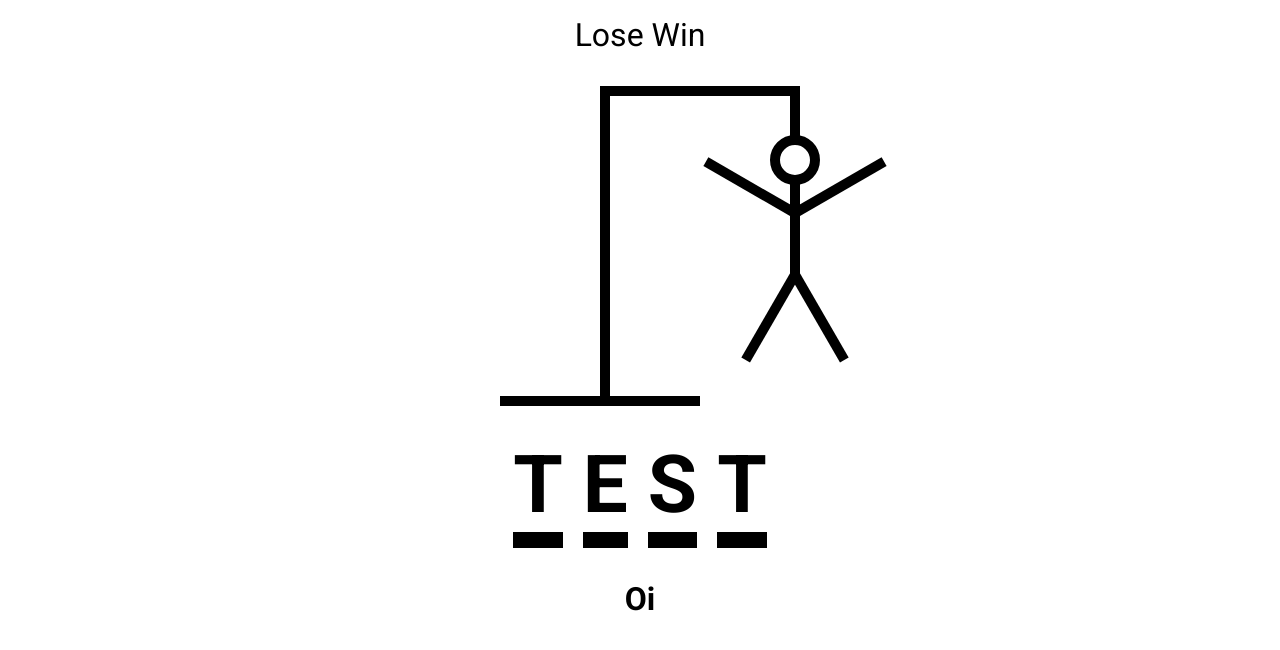
Repository: guilhermecardoso93/jogodaforca
Page: /
The author's editor kept a copy of each file at every save. The page is drawn from the files as they stood at one save, then again after the next save.
The browser window is 1280 px wide. The pictures show the whole page.
The project was rebuilt for these pictures with package versions that can differ from the ones it lists, and the page was loaded fresh each time. Also part of the build but not shown: vite.config.ts.

Above is the page before, as saved 2022-12-06 21:18:39.

### index.html
<!DOCTYPE html>
<html lang="en">
  <head>
    <meta charset="UTF-8" />
    <link rel="icon" type="image/svg+xml" href="/vite.svg" />
    <meta name="viewport" content="width=device-width, initial-scale=1.0" />
    <link rel="preconnect" href="https://fonts.googleapis.com"><link
      rel="preconnect" href="https://fonts.gstatic.com" crossorigin><link
      href="https://fonts.googleapis.com/css2?family=Roboto:ital,wght@0,400;0,500;0,700;1,400&display=swap"
      rel="stylesheet">
    <title>Vite + React + TS</title>
  </head>
  <body>
    <div id="root"></div>
    <script type="module" src="/src/main.tsx"></script>
  </body>
</html>

### src/App.tsx
import { useState } from "react";
import words from "./wordList.json";

import { HangmanDrawing } from "./components/HangmanDrawing";
import { HangmanWord } from "./components/HangmanWord";
import { Keyboard } from "./components/Keyboard";

import "./App.css";

export function App() {
  const randomWords = () => {
    return words[Math.floor(Math.random() * words.length)];
  };

  const [wordToGuess, setWordToGuess] = useState(randomWords);
  const [guessedLetters, setGuessedLetters] = useState<string[]>([]);

  console.log(wordToGuess);
  return (
    <div className="container">
      <div className="loseOrWin">Lose Win</div>
      <HangmanDrawing />
      <HangmanWord />
      <Keyboard />
    </div>
  );
}

### src/wordList.json
[
  "capaz",
  "sobre",
  "absoluto",
  "aceitar",
  "conta",
  "alcançar",
  "através",
  "ativo",
  "real",
  "Admitem",
  "anunciar",
  "afetar",
  "proporcionar",
  "depois",
  "tarde",
  "novamente",
  "contra",
  "agente",
  "aceita",
  "permitir",
  "quase",
  "já",
  "tudo bem",
  "também",
  "Apesar",
  "sempre",
  "América",
  "quantia",
  "outro",
  "responda",
  "separado",
  "aparente",
  "aparecer",
  "Aplique",
  "nomear",
  "abordagem",
  "apropriado",
  "área",
  "argumentar",
  "arranjo",
  "associado",
  "presumir",
  "participar",
  "autoridade",
  "acessível",
  "consciente",
  "horrível",
  "bebê",
  "Saldo",
  "bola",
  "banco",
  "base",
  "base",
  "urso",
  "bater",
  "beleza",
  "Porque",
  "antes da",
  "começar",
  "acreditam",
  "beneficiar",
  "melhor",
  "entre",
  "conta",
  "nascimento",
  "Preto",
  "cara",
  "sangue",
  "golpe",
  "limite",
  "linha",
  "Lista",
  "ouço",
  "pequena",
  "viver",
  "carregar",
  "local",
  "trancar",
  "Londres",
  "grandes",
  "olhar",
  "senhor",
  "perder",
  "amor",
  "sorte",
  "almoço",
  "máquina",
  "faço",
  "gerir",
  "muitos",
  "marca",
  "mercado",
  "casar",
  "Combine",
  "matéria",
  "significa",
  "significado",
  "a medida",
  "encontrar",
  "membro",
  "menção",
  "meio",
  "poderia",
  "milha",
  "ouvir",
  "coração",
  "aquecer",
  "pesado",
  "inferno",
  "ajuda",
  "aqui",
  "Alto",
  "história",
  "aguarde",
  "feriado",
  "casa",
  "honesto",
  "esperança",
  "cavalo",
  "hospital",
  "hora",
  "lar",
  "Contudo",
  "olá",
  "centenas",
  "esposo",
  "idéia",
  "identificar",
  "Imagine",
  "importante",
  "melhorar",
  "incluir",
  "renda",
  "aumentar",
  "na verdade",
  "Individual",
  "indústria",
  "informar",
  "garantir",
  "interesse",
  "em",
  "introduzir",
  "investir",
  "envolver",
  "questão",
  "item",
  "Jesus",
  "Junte",
  "juiz",
  "pular",
  "apenas",
  "guarda",
  "matar",
  "Gentil",
  "rei",
  "cozinha",
  "bater",
  "conhecer",
  "trabalho",
  "senhora",
  "terra",
  "Língua",
  "ampla",
  "último",
  "tarde",
  "riso",
  "conduzir",
  "aprender",
  "sair",
  "deixei",
  "menos",
  "carta",
  "nível",
  "vida",
  "leve",
  "Curti",
  "provável",
  "cinco",
  "apartamento",
  "piso",
  "Segue",
  "Comida",
  "pé",
  "força",
  "esquecer",
  "Formato",
  "fortuna",
  "frente",
  "quatro",
  "França",
  "gratuitamente",
  "amigo",
  "a partir de",
  "frente",
  "cheio",
  "função",
  "fundo",
  "futuro",
  "jogos",
  "jardim",
  "em geral",
  "Alemanha",
  "menina",
  "dar",
  "vidro",
  "Boa",
  "adeus",
  "governo",
  "grande",
  "conceder",
  "excelente",
  "verde",
  "chão",
  "grupo",
  "crescer",
  "acho",
  "cabelo",
  "metade",
  "corredor",
  "mão",
  "pendurar",
  "acontecer",
  "feliz",
  "duro",
  "odiar",
  "tenho",
  "cabeça",
  "saúde"
]

### src/components/HangmanDrawing.tsx
const HEAD = (
  <div
    style={{
      width: "50px",
      height: "50px",
      borderRadius: "100%",
      border: "10px solid black",
      position: "absolute",
      top: "49px",
      right: "-20px",
    }}
  />
);

const BODY = (
  <div
    style={{
      width: "10px",
      height: "100px",
      background: "black",
      position: "absolute",
      top: "90px",
      right: 0,
    }}
  />
);

const RIGHT_ARM = (
  <div
    style={{
      width: "100px",
      height: "10px",
      background: "black",
      position: "absolute",
      top: "120px",
      right: "-100px",
      rotate: "-30deg",
      transformOrigin: "left bottom",
    }}
  />
);

const LEFT_ARM = (
  <div
    style={{
      width: "100px",
      height: "10px",
      background: "black",
      position: "absolute",
      top: "120px",
      right: "10px",
      rotate: "30deg",
      transformOrigin: "right bottom",
    }}
  />
);

const RIGHT_LEG = (
  <div
    style={{
      width: "100px",
      height: "10px",
      background: "black",
      position: "absolute",
      top: "180px",
      right: "-90px",
      rotate: "60deg",
      transformOrigin: "left bottom",
    }}
  />
);

const LEFT_LEG = (
  <div
    style={{
      width: "100px",
      height: "10px",
      background: "black",
      position: "absolute",
      top: "180px",
      right: 0,
      rotate: "-60deg",
      transformOrigin: "right bottom",
    }}
  />
);

const BODY_PARTS = [HEAD, BODY, RIGHT_ARM, LEFT_ARM, RIGHT_LEG, LEFT_LEG];

type HangmanDrawingProps = {
  numberOfGuesses: number
}

export function HangmanDrawing() {
  return (
    <div style={{ position: "relative" }}>
      {BODY_PARTS}
      <div
        style={{
          height: "50px",
          width: "10px",
          background: "black",
          position: "absolute",
          top: 0,
          right: 0,
        }}
      />
      <div
        style={{
          height: "10px",
          width: "200px",
          background: "black",
          marginLeft: "120px",
        }}
      />
      <div
        style={{
          height: "300px",
          width: "10px",
          background: "black",
          marginLeft: "120px",
        }}
      />
      <div style={{ height: "10px", width: "200px", marginLeft: '20px', background: "black" }} />
    </div>
  );
}

### src/components/HangmanWord.tsx
import "../App.css";

export function HangmanWord() {
  const word = 'test'
  return (
    <div className="HangmanWordContainer">
      {
        word.split('').map((letter, index) => (
          <span>
            <span>{letter}</span>
          </span>
        ))}
    </div>
  )
}

### src/components/Keyboard.tsx
export function Keyboard() {
  return (
    <div>
      <h1>Oi</h1>
    </div>
  )
}

### src/App.css
* {
  margin: 0;
  passing: 0;
  box-sizing: border-box;
  font-family: "Roboto", sans-serif;
}

body {
  margin: 1rem;
}

.container {
  max-width: 800px;
  display: flex;
  flex-direction: column;
  gap: 2rem;
  margin: 0 auto;
  align-items: center;
  justify-content: center;
}

.loseOrWin {
  font-size: 2rem;
  text-align: center;
}

.HangmanWordContainer {
  display: flex;
  gap: 0.25em;
  font-size: 5rem;
  font-weight: bold;
  text-transform: uppercase;
}

.HangmanWordContainer > span {
  border-bottom: 1rem solid black;
}

.HangmanWordContainer .invisibleLetter {
  visibility: hidden;
}

Loaded but not shown: src/main.tsx (common file)

After the next save:
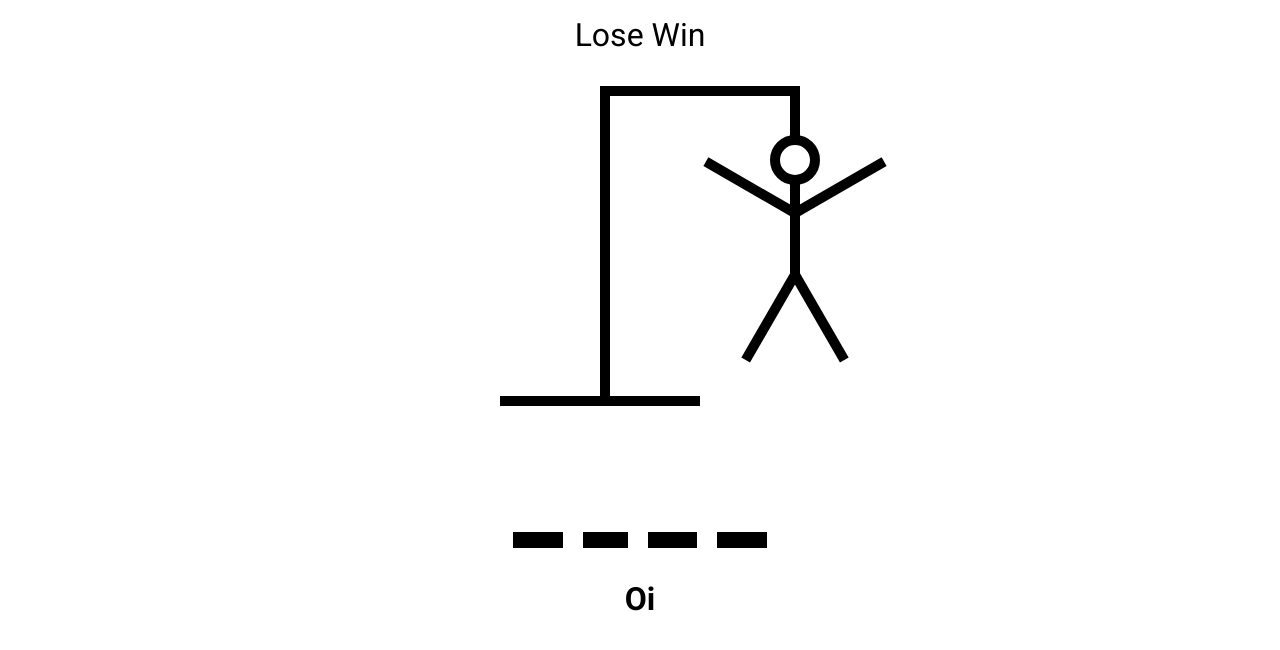
Saved 20 s later.
--- a/src/components/HangmanWord.tsx
+++ b/src/components/HangmanWord.tsx
@@ -7,7 +7,9 @@ export function HangmanWord() {
       {
         word.split('').map((letter, index) => (
           <span>
-            <span>{letter}</span>
+            <span className="invisibleLetter">
+              {letter}
+            </span>
           </span>
         ))}
     </div>
